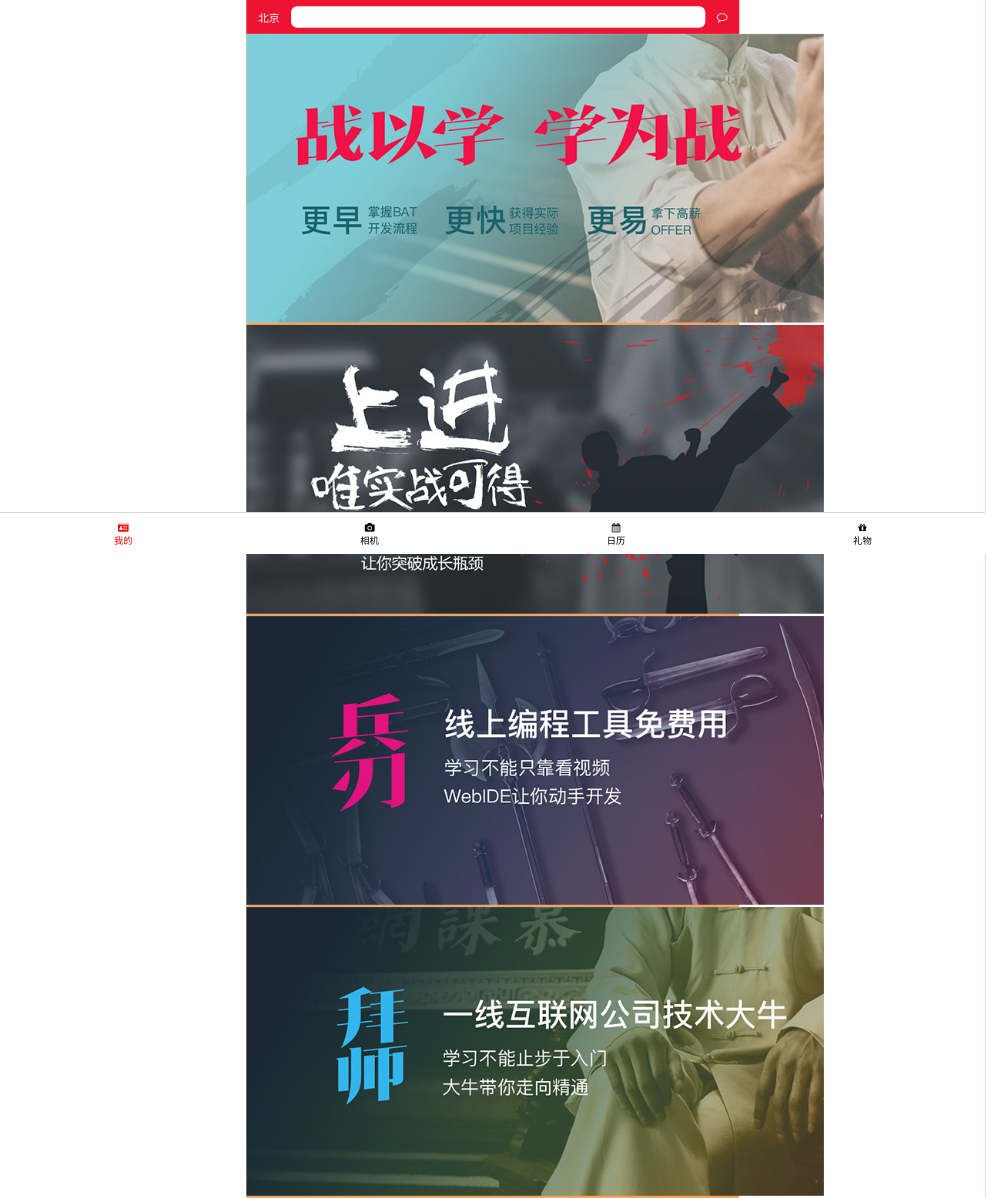
Repository: zhenzhen-gong/flextContent
Page: index.html
The author's editor kept a copy of each file at every save. The page is drawn from the files as they stood at one save, then again after the next save.
The browser window is 1280 px wide. The pictures show the whole page, at 77% of full size.

Above is the page before, as saved 2020-06-18 17:39:19.

After the next save:
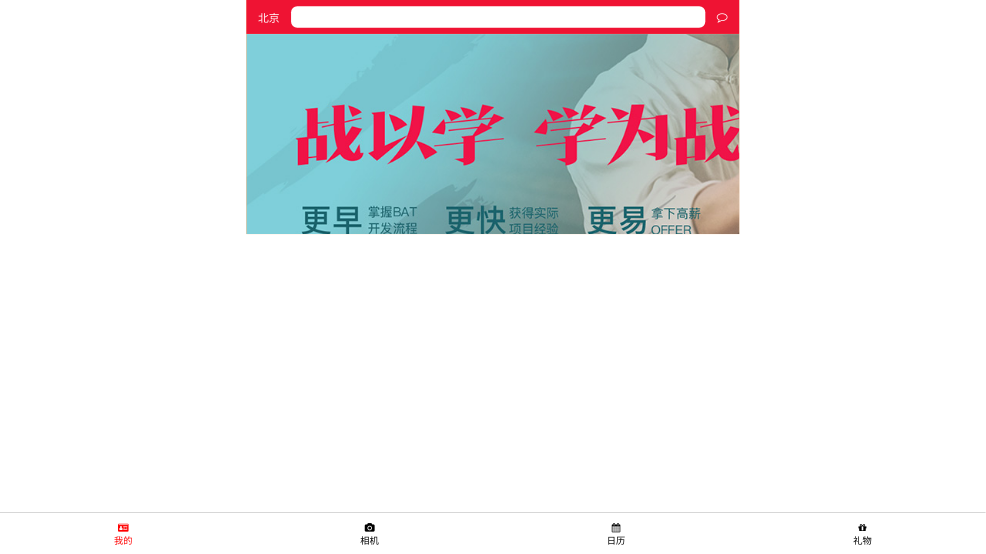
Saved 3 min 9 s later.
--- a/css/style.css
+++ b/css/style.css
@@ -21,6 +21,7 @@
     margin: 0 auto;
     background: sandybrown;
 }
+/* 头部导航 */
 .Tbox>header{
    height: 44px;
    padding: 0 15px;
@@ -43,6 +44,15 @@
     margin-left: 15px;
     color: #ffffff;
 }
+/* 图片轮播 */
+section>div.imgBox{
+    height: 260px;
+    width: 100%;
+    position: relative;
+    overflow: hidden;
+}
+
+
 
 /* 页脚部分 */
 footer{
